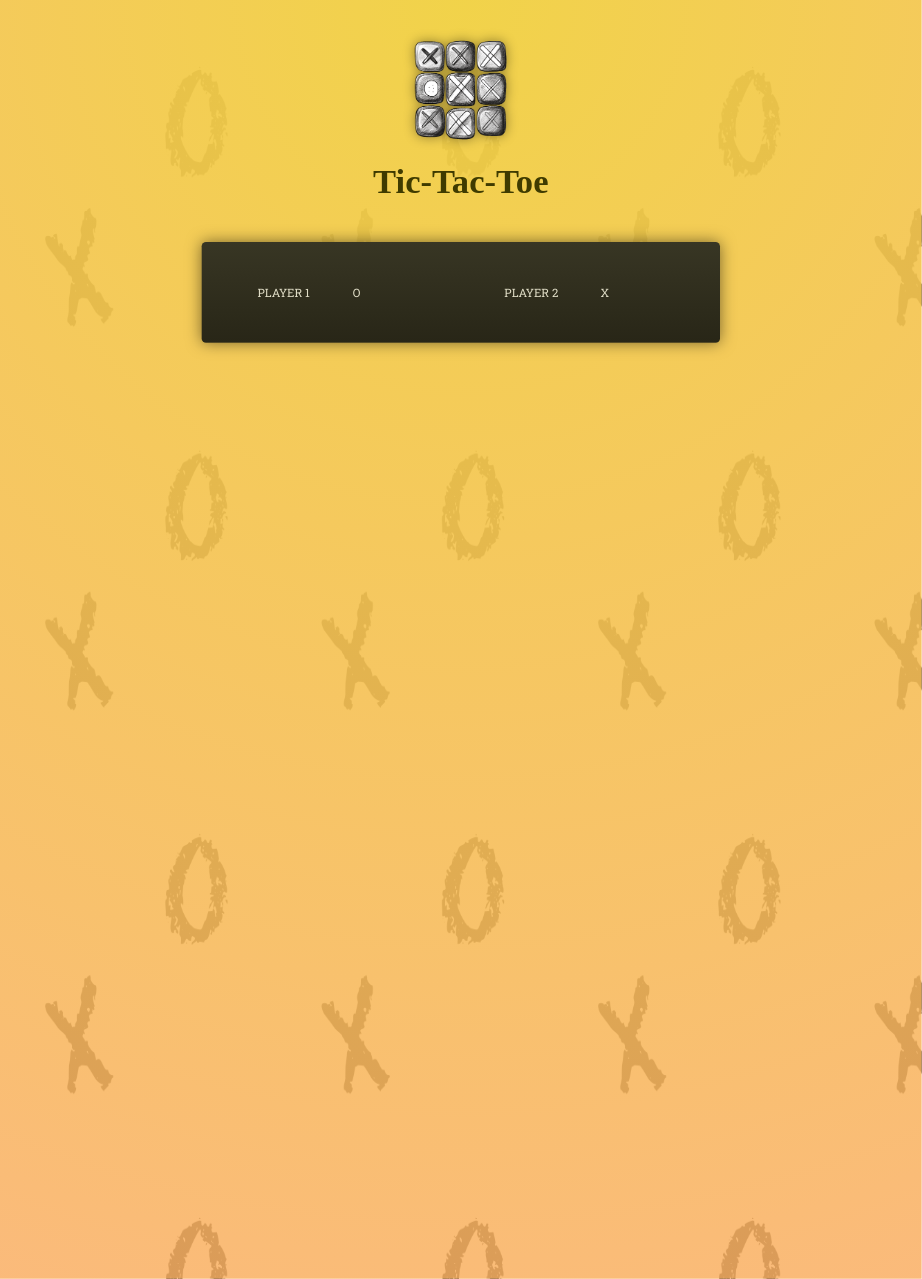
Repository: collyrium921/tic-tac-toe
Page: /
An editor plug-in stored every save of this project. The page is shown before and after the next save, followed by the edit.
The browser window is 1280 px wide. The pictures show the whole page, at 72% of full size.
Some web fonts or font styles are not loaded; a fallback is used. The project was rebuilt for these pictures with package versions that can differ from the ones it lists, and the page was loaded fresh each time. Also part of the build but not shown: vite.config.js.

Above is the page before, as saved 2024-05-23 00:43:45.

After the next save:
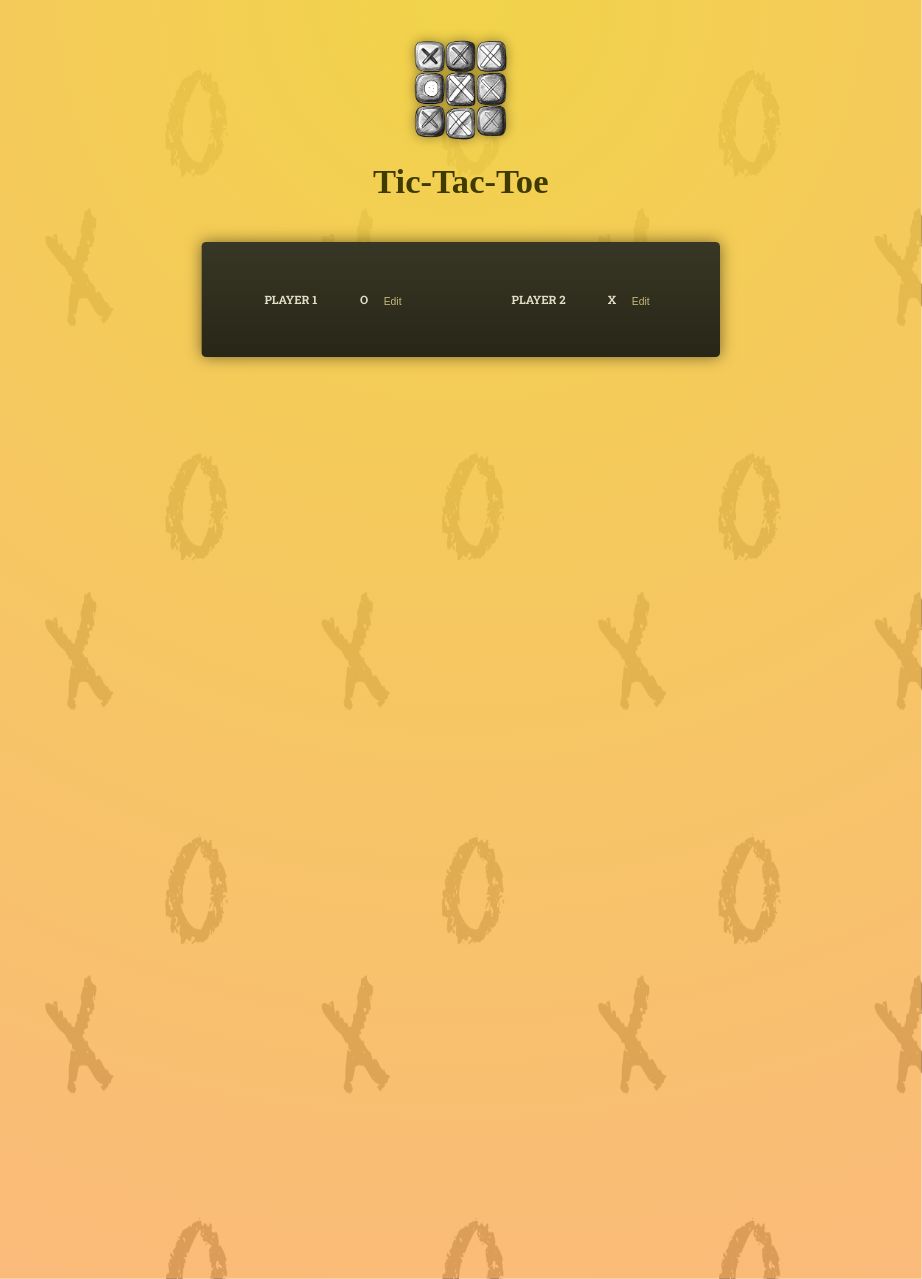
Saved 56 s later.
--- a/src/App.jsx
+++ b/src/App.jsx
@@ -4,12 +4,18 @@ function App() {
       <div id="game-container">
         <ol id="players">
           <li>
+            <span className="player">
             <span className="player-name">Player 1</span>
             <span className="player-symbol">O</span>
+            </span>
+           <button>Edit</button>
           </li>
           <li>
+            <span className="player">
             <span className="player-name">Player 2</span>
             <span className="player-symbol">X</span>
+            </span>
+            <button>Edit</button>
           </li>
         </ol>
       </div>
